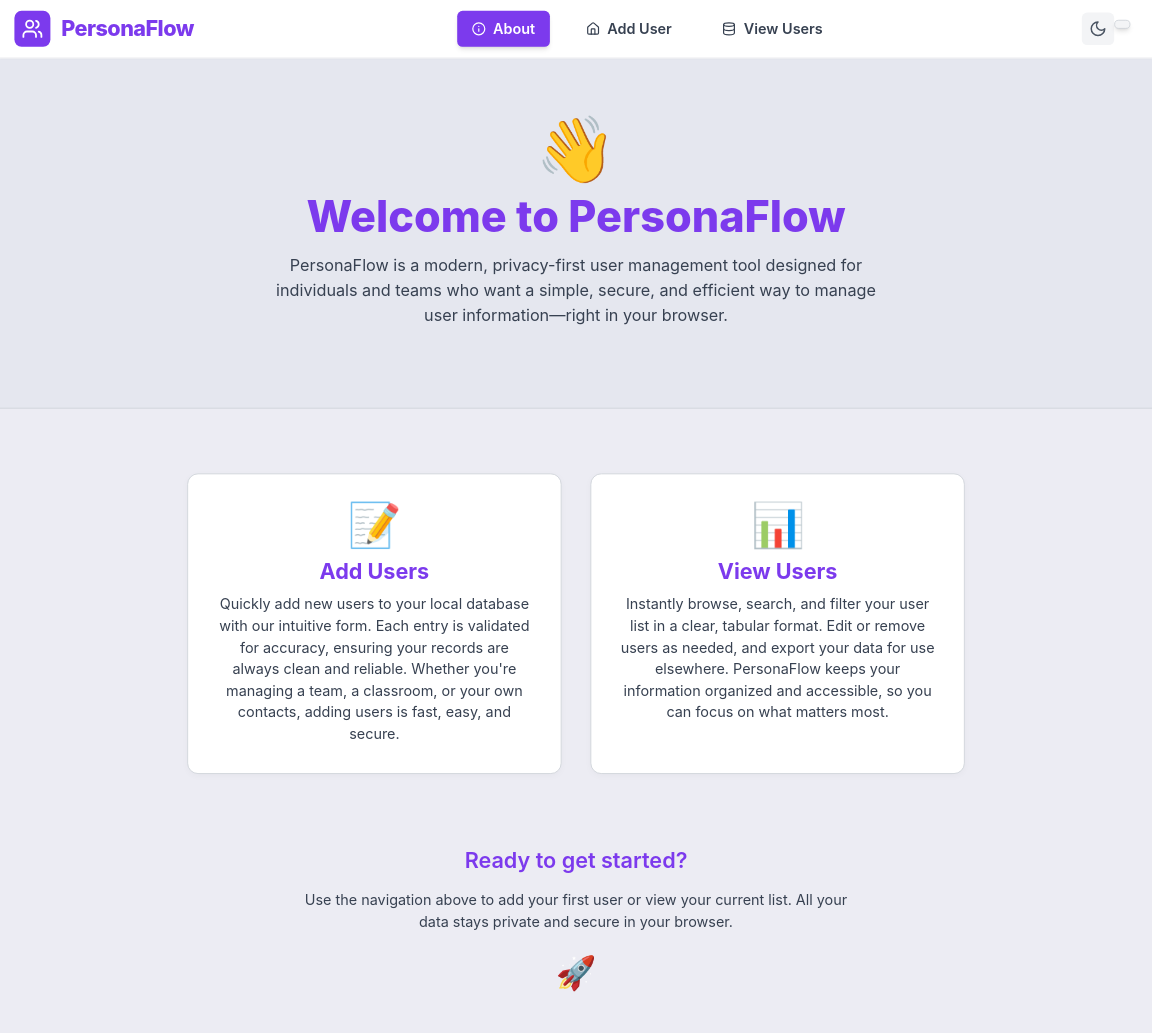
Repository: nikunjagarwal05/PersonaFlow
Page: /
The author's editor kept a copy of each file at every save. The page is drawn from the files as they stood at one save, then again after the next save.
The browser window is 1280 px wide. The pictures show the whole page, at 90% of full size.
The project was rebuilt for these pictures with package versions that can differ from the ones it lists, and the page was loaded fresh each time. Also part of the build but not shown: vite.config.ts, src/components/Toast.jsx, src/components/LanguageSelector.jsx, src/components/UserForm.jsx, src/utils/localStorage.js, src/pages/Home.jsx, src/components/UserTable.jsx, src/components/SearchBar.jsx and 3 more.

Above is the page before, as saved 2025-06-12 12:18:59.

After the next save:
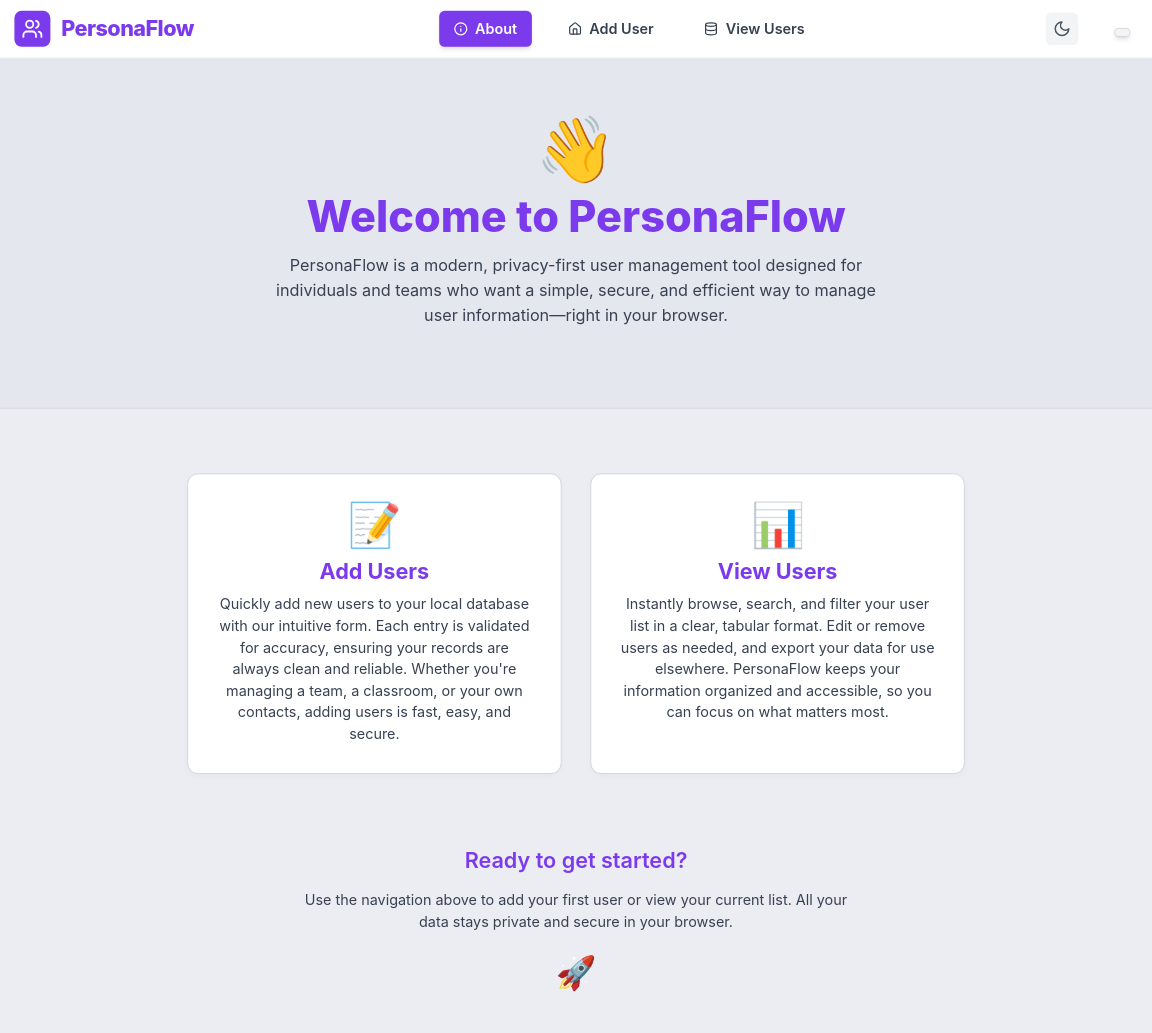
Saved 10 s later.
--- a/src/components/Navbar.jsx
+++ b/src/components/Navbar.jsx
@@ -58,7 +58,7 @@ const Navbar = ({ darkMode, toggleDarkMode }) => {
           </Link>
         </div>
 
-        <div className='flex just'>
+        <div className='flex justify-center items-center gap-10'>
           {/* Right Side - Dark Mode + Translate */}
           <div className="flex items-center space-x-3">
             <button
